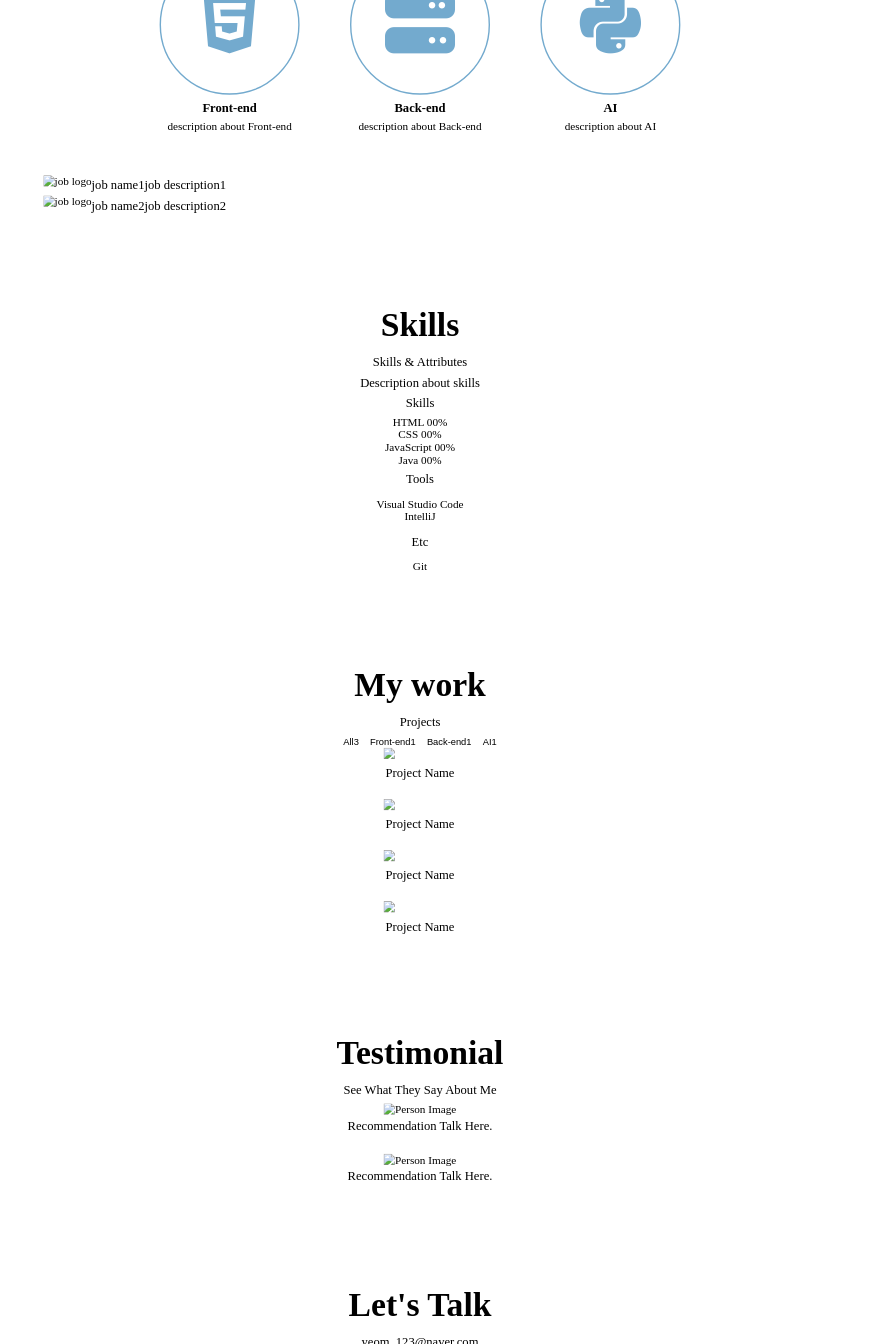
Repository: YEOMJINSEOP/yeomjinseop.github.io
Page: index.html
These files come from the project's save history. The page is drawn as it stood at one moment and after the next save; the edit follows.
The browser window is 1280 px wide. The pictures show the part of the page from y = 856 to 2776 px (the page is 2889 px tall before and 3855 px after), at 70% of full size.
Some web libraries are served in a nearby version.

Above is the page before, as saved 2022-08-14 13:25:01.

### index.html
<!DOCTYPE html>
<html lang="en">
<head>
  <meta charset="UTF-8">
  <meta http-equiv="X-UA-Compatible" content="IE=edge">
  <meta name="viewport" content="width=device-width, initial-scale=1.0">
  <title>Jinseop's Portfolio</title>
  <meta name="author" content="Jinseop Yeom">
  <meta name="description" content="Portfolio Website For Jinseop Yeom">

  <!--Logo Image-->
  <link rel="icon" type="image/png" href="images/favicon.png">


  <!--Font Awesome-->
  <script src="https://kit.fontawesome.com/d24b25bb21.js" crossorigin="anonymous"></script>

  <!--Google Fonts-->
  <link rel="preconnect" href="https://fonts.googleapis.com">
  <link rel="preconnect" href="https://fonts.gstatic.com" crossorigin>
  <link href="https://fonts.googleapis.com/css2?family=Open+Sans:wght@400;600;700&display=swap" rel="stylesheet">

  <!--CSS-->
  <link rel="stylesheet" href="style.css">

  <!--JavaScript-->
  <script src="main.js" defer></script>

</head>
<body>
  <!--Navbar-->
  <nav id="navbar">
    <div class="navbar__logo">
      <i class="fa-solid fa-utensils"></i>
      <a href="#">Yeom JinSeop</a>
    </div>
    <div>
      <ul class="navbar__menu">
        <li class="navbar__menu__item active">Home</li>
        <li class="navbar__menu__item">About</li>
        <li class="navbar__menu__item">Skill</li>
        <li class="navbar__menu__item">My work</li>
        <li class="navbar__menu__item">Testimonial</li>
        <li class="navbar__menu__item">Contact</li>
      </ul>
    </div>
  </nav>

  <!-- Home -->
  <section id="home" class="section">
    <img src="/images/whileimage.png" alt="Jinseop's image" class="home__avatar">
    <h1 class="home__title">Welcome! <br/> Jinseop's Portfolio</h1>
    <h3 class="home__description">Type Home Description Here.</h3>
    <button class="home__button">Contact Me</button>
  </section>

  <!--About-->
  <section id="about" class="section">
    <h1>About me</h1>
    <p>Wrtie about me here.</p>

    <div class="about__majors">
      <div class="about__majors">
      <div class="major">
        <div class="major__icon">
          <i class="fa-brands fa-html5"></i>
        </div>
        <div class="major__title">
          Front-end
        </div>
        <div class="major__description">
          description about Front-end
        </div>
      </div>

      <div class="major">
        <div class="major__icon">
          <i class="fa-solid fa-server"></i>
        </div>
        <div class="major__title">
          Back-end
        </div>
        <div class="major__description">
          description about Back-end
        </div>
      </div>


      <div class="major">
        <div class="major__icon">
          <i class="fa-brands fa-python"></i>
        </div>
        <div class="major__title">
          AI
        </div>
        <div class="major__description">
          description about AI
        </div>
      </div>
    </div>
  </div>

    <div class="about__jobs">
      <div class="job">
        <img src="" alt="job logo" class="job__logo">
        <p class="job__name">job name1</p>
        <p class="job__description">job description1</p>
      </div>
      <div class="job">
        <img src="" alt="job logo" class="job__logo">
        <p class="job__name">job name2</p>
        <p class="job__description">job description2</p>
      </div>
    </div>
  </section>

  <!--Skills-->
  <section id="skills" class="section">
    <h1>Skills</h1>
    <h3>Skills & Attributes</h3>
    <p>Description about skills</p>
    <div class="skillset">
      <div class="skillset__left">
        <h3 class="skillset__title">Skills</h3>
        <div class="skill">
          <div class="skill_description">
            <span>HTML</span>
            <span>00%</span>
          </div>

          <div class="skill__bar">
            <div class="skill__value"></div>
          </div>
        </div>

        <div class="skill">
          <div class="skill_description">
            <span>CSS</span>
            <span>00%</span>
          </div>

          <div class="skill__bar">
            <div class="skill__value"></div>
          </div>

          <div class="skill">
            <div class="skill_description">
              <span>JavaScript</span>
              <span>00%</span>
            </div>

            <div class="skill__bar">
              <div class="skill__value"></div>
            </div>
          </div>
        </div>

        <div class="skill">
          <div class="skill_description">
            <span>Java</span>
            <span>00%</span>
          </div>

          <div class="skill__bar">
            <div class="skill__value"></div>
          </div>
        </div>
      </div>
      <div class="skillset_right">
        <div class="tools">
          <h3 class="skillset__title">Tools</h3>
          <ul class="tools_list">
            <li><span>Visual Studio Code</span></li>
            <li><span>IntelliJ</span></li>
          </ul>
        </div>

        <div class="etc">
          <h3 class="skillset__title">Etc</h3>
          <ul class="etc__list">
            <li><span>Git</span></li>
          </ul>
        </div>

      </div>
    </div>
  </section>

  <!--Work-->
  <section id="work" class="section">
    <h1>My work</h1>
    <h3>Projects</h3>
    <div class="work__categories">
      <button class="category__btn">All<span class="category__count">3</span></button>
      <button class="category__btn">Front-end<span class="category__count">1</span></button>
      <button class="category__btn">Back-end<span class="category__count">1</span></button>
      <button class="category__btn">AI<span class="category__count">1</span></button>
    </div>

    <div class="work__projects">
      <a href="#" class="project" target="blank">
        <img src="" alt="project image" class="project__image">
        <div class="project__description">
          <h3>Project Name</h3>
          <span>Description about Project</span>
        </div>
      </a>

      <a href="#" class="project" target="blank">
        <img src="" alt="project image" class="project__image">
        <div class="project__description">
          <h3>Project Name</h3>
          <span>Description about Project</span>
        </div>
      </a>

      <a href="#" class="project" target="blank">
        <img src="" alt="project image" class="project__image">
        <div class="project__description">
          <h3>Project Name</h3>
          <span>Description about Project</span>
        </div>
      </a>

      <a href="#" class="project" target="blank">
        <img src="" alt="project image" class="project__image">
        <div class="project__description">
          <h3>Project Name</h3>
          <span>Description about Project</span>
        </div>
      </a>
    </div>
  </section>

  <!--Testimonial-->
  <section id="testimonial" class="section">
    <h1>Testimonial</h1>
    <h3>See What They Say About Me</h3>
    <div class="testimonials">
      <div class="testimonial">
        <img src="" alt="Person Image" class="testimonial__avatar">
        <div class="testimonial__speech_bubble">
          <p>Recommendation Talk Here.</p>
          <p class="name"><a href="#">Professor A</a></p>
        </div>
      </div>

      <div class="testimonial">
        <img src="" alt="Person Image" class="testimonial__avatar">
        <div class="testimonial__speech_bubble">
          <p>Recommendation Talk Here.</p>
          <p class="name"><a href="#">Professor A</a></p>
        </div>
      </div>
    </div>
  </section>

  <!--Contact-->
  <section id="contact" class="section">
    <h1>Let's Talk</h1>
    <h3>yeom_123@naver.com</h3>
    <div class="contact_links">
      <a href="#" target="blank">
        <i class = "fab fa-github"></i>
      </a>

      <a href="#" target="blank">
        <i class = "fa fa-linkedin-square"></i>
      </a>
    </div>
    <p class="contact_rights">
      2022 YEOM JINSEOP - All rights reserved
    </p>
  </section>
</body>
</html>

### style.css
 /* Global */

 :root{
  /* Color */
  --color-white: #ffffff;
  --color-light-white: #eeeeee;
  --color-dark-whtie: #bdbdbd;
  --color-pink: #fe918d;
  --color-dark-pink: #ff6863;
  --color-black: #4d4d4d;
  --color-grey: #616161;
  --color-light-gray: #7c7979;
  --color-blue: #73aace;
  --color-yellow: #fff7d1;
  --color-orange: #feb546;
  --color-black: #000000;

  /* Font size */
  --font-large: 48px;
  --font-medium: 28px;
  --font-regular: 18px;
  --font-small: 16px;
  --font-micro: 14px;


  /* Font Weight */
  --weight-bold: 700;
  --weight-semi-bold: 600;
  --weight-regular: 400;

  /* Size */
  --size-border-radius: 4px;

 }

 /* Universal tages */
 * {
  box-sizing: border-box;
 }

 body{
  margin: 0;
  font-family:'Gill Sans', 'Gill Sans MT', Calibri, 'Trebuchet MS', sans-serif
  cursor: default;
}

 a{
  text-decoration: none;
  color: var(--color-white);
 }

 ul{
  list-style: none;
  padding-left: 0;
 }

 button{
  background-color: transparent;
  border: none;
  cursor: pointer;
 }



 /* Typography */

 h1{
  font-size: var(--font-large);
  font-weight: var(--weight-bold);
  color: var(--color-black);
  margin: 16px 0;
 }

 h2{
  font-size: var(--font-medium);
  font-weight: var(--weight-semi-bold);
  color: var(--color-black);
  margin: 8px 0;
 }

 h3{
  font-size: var(--font-regular);
  font-weight: var(--weight-regular);
  color: var(--color-black);
  margin: 8px 0;
 }

 p{
  font-size: var(--font-regular);
  font-weight:  var(--font-regular);
  color: var(--color-black);
  margin: 4px 0;
 }

 /* Body  */

 /* Nav */
 #navbar{
  display: flex;
  justify-content: space-between;
  align-items: center;
  background-color: var(--color-pink);
  color: var(--color-white);
  padding: 16px;
 }

 .navbar__logo{
  font-size: var(--font-medium);
  font-weight: var(--weight-semi-bold);
  padding: 8px 12px;
 }

 .navbar__menu{
  display: flex;
  font-size: var(--font-small);
  font-weight: var(--weight-regular);
 }

 .navbar__menu__item.active{
  border: 1px solid white;
 }

 .navbar__menu__item{
  padding: 8px 12px;
  margin: 0 4px;
  border-radius: var(--size-border-radius);
  cursor: pointer;
 }

 .navbar__menu__item:hover{
  background-color: var(--color-dark-pink);
 }

 /* Home */

 #home{
  background-image: url('/images/homebackground.png');
  background-position: center;
  background-repeat: no-repeat;
  background-size: cover;
  padding: 40px;
  text-align: center;
 }

 .home__avatar{
  border: 2px solid var(--color-white);
  border-radius: 50%;
  width: 200px;
  height: 200px;
 }

 .home__title,
 .home__description{
  font-size: var(--font-medium);
  color: var(--color-white);
  padding: 4px;
 }

 .home__button{
  border: 1px solid var(--color-white);
  padding: 8px 12px;
  margin-top: 8px;
  color: var(--color-white);
 }

.home__button:hover{
  background-color: var(--color-dark-pink);
}

/* Section Common */
.section{
  padding: 50px;
  text-align: center;
  max-width: 1200px;
}

/* About */

.about__majors{
  display: flex;
  justify-content: center;
  margin: 8px 12px;
  padding: 12px;
}

.major{
  margin: 8px 24px;
}

.major__icon{
  height: 200px;
  width: 200px;
  font-size: 100px;
  line-height: 200px;
  border: 2px solid var(--color-blue);
  border-radius: 50%;
  color: var(--color-blue);
  margin: 8px 12px;
}


.major__title{
  font-size: var(--font-regular);
  font-weight: var(--weight-semi-bold);
}

.major__description{
  margin: 8px 12px;
}

.about__jobs{
  margin: 12px;
}

.job{
  display: flex;
}

Loaded but not shown: main.js (no copy from this time; the picture is the same without it)

After the next save:
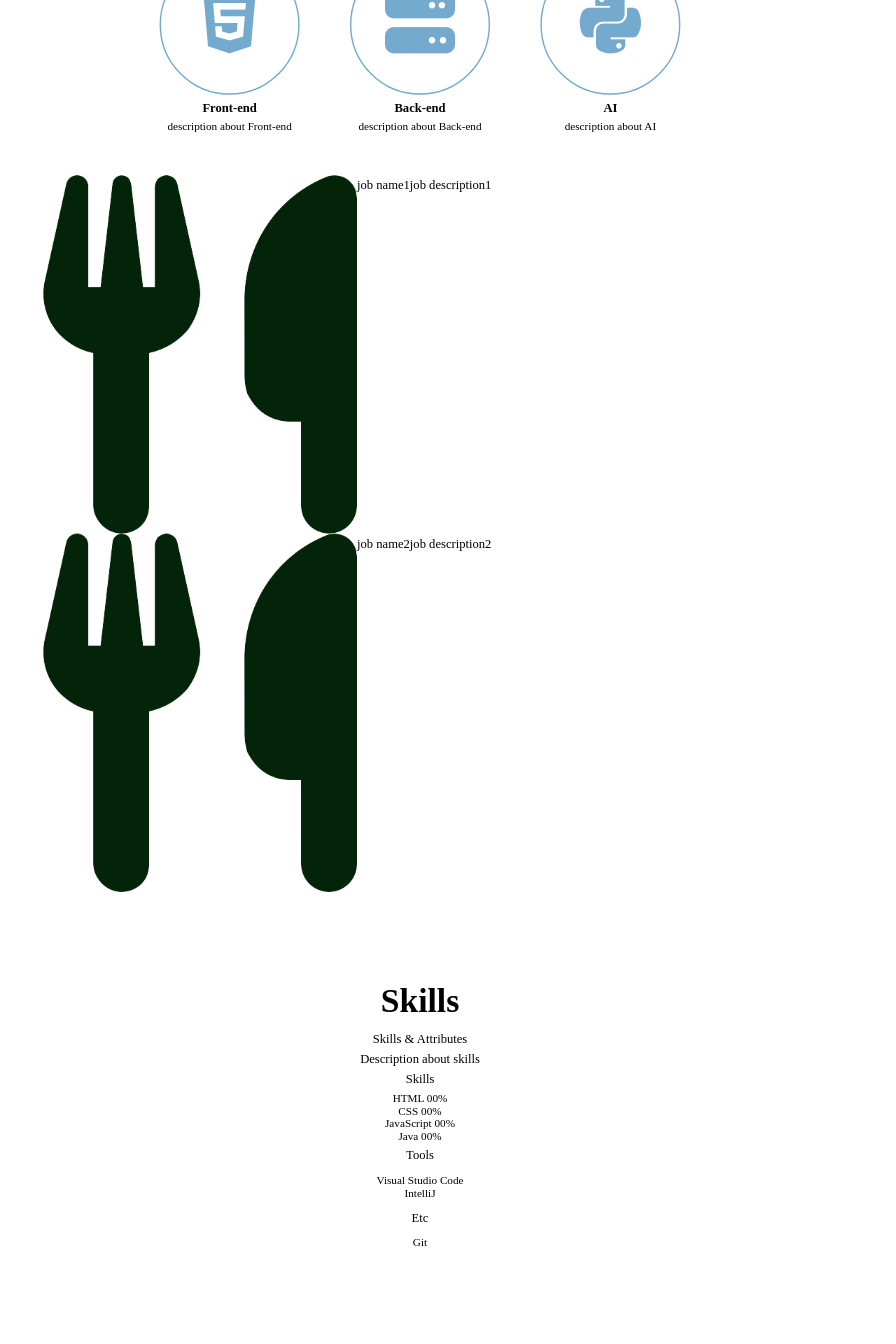
Saved 25 s later.
--- a/index.html
+++ b/index.html
@@ -102,12 +102,12 @@
 
     <div class="about__jobs">
       <div class="job">
-        <img src="" alt="job logo" class="job__logo">
+        <img src="/images/favicon.png" alt="job logo" class="job__logo">
         <p class="job__name">job name1</p>
         <p class="job__description">job description1</p>
       </div>
       <div class="job">
-        <img src="" alt="job logo" class="job__logo">
+        <img src="/images/favicon.png" alt="job logo" class="job__logo">
         <p class="job__name">job name2</p>
         <p class="job__description">job description2</p>
       </div>

After the save that followed:
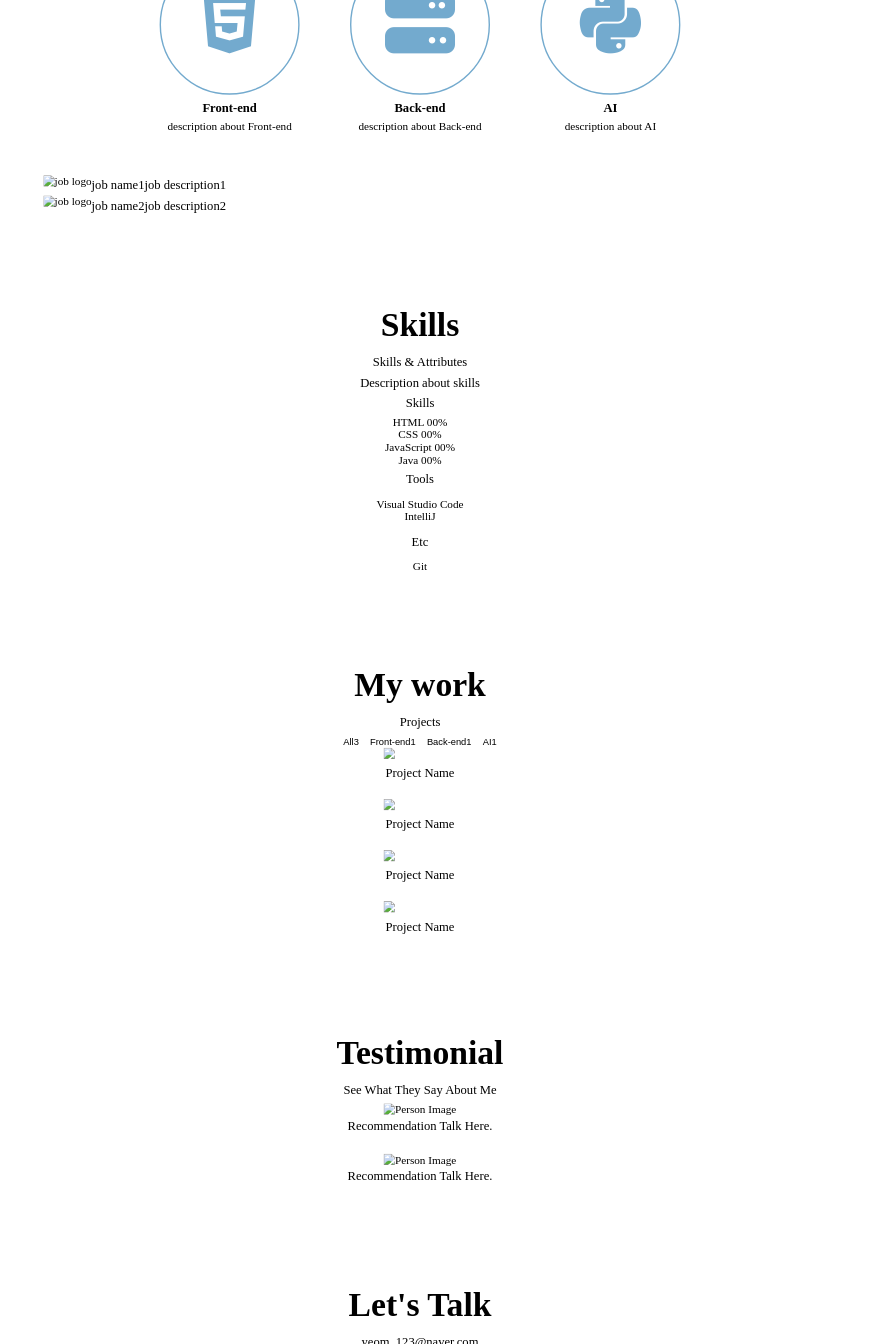
Saved 9 s later.
--- a/index.html
+++ b/index.html
@@ -102,12 +102,12 @@
 
     <div class="about__jobs">
       <div class="job">
-        <img src="/images/favicon.png" alt="job logo" class="job__logo">
+        <img src="" alt="job logo" class="job__logo">
         <p class="job__name">job name1</p>
         <p class="job__description">job description1</p>
       </div>
       <div class="job">
-        <img src="/images/favicon.png" alt="job logo" class="job__logo">
+        <img src="" alt="job logo" class="job__logo">
         <p class="job__name">job name2</p>
         <p class="job__description">job description2</p>
       </div>
